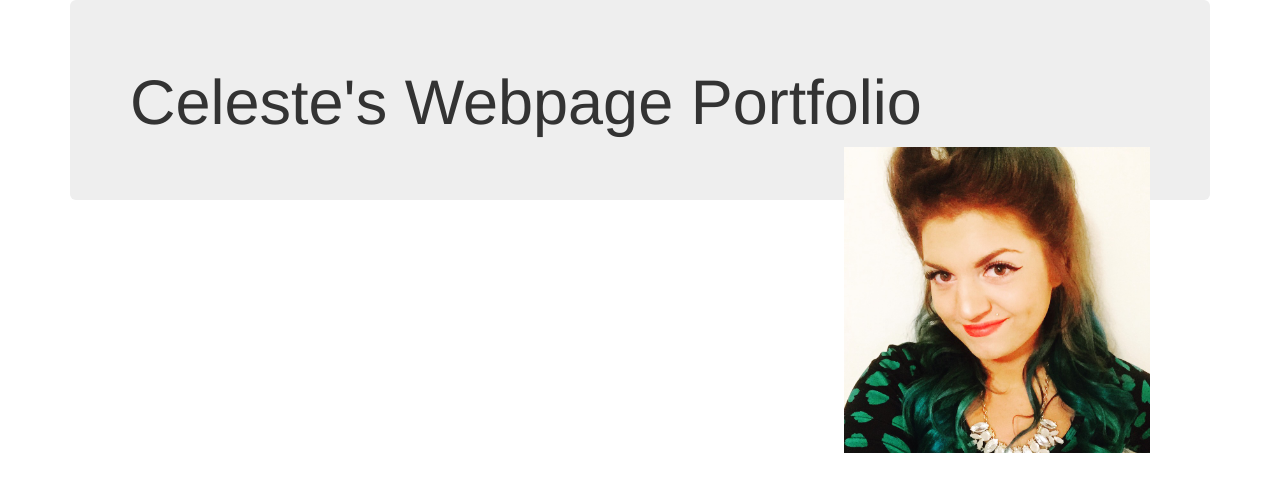
Repository: fieldceleste/portfolio-celeste
Page: portfolio-celeste.html
The author's editor kept a copy of each file at every save. The page is drawn from the files as they stood at one save, then again after the next save.
The browser window is 1280 px wide. The pictures show the whole page.

Above is the page before, as saved 2019-11-01 12:02:56.

### portfolio-celeste.html
<!DOCTYPE html>
<html>
  <head>
    <title>Celeste Field's Portfolio</title>
  <link href="css/bootstrap.css" rel="stylesheet" type="text/css">
  <link href="css/styles.css" rel="stylesheet" type="text/css">

 <body>
    <div class="container">
      <div class="jumbotron">
        <h1>Celeste's Webpage Portfolio</h1>
        <p>
          <img src="img/celeste.jpeg" class="img" alt="photo of celeste field">
        </p>

  </body>
</html>

### css/styles.css
img{
float:right;
width: 30%;
height:50%;

}

Loaded but not shown: css/bootstrap.css (library)

After the next save:
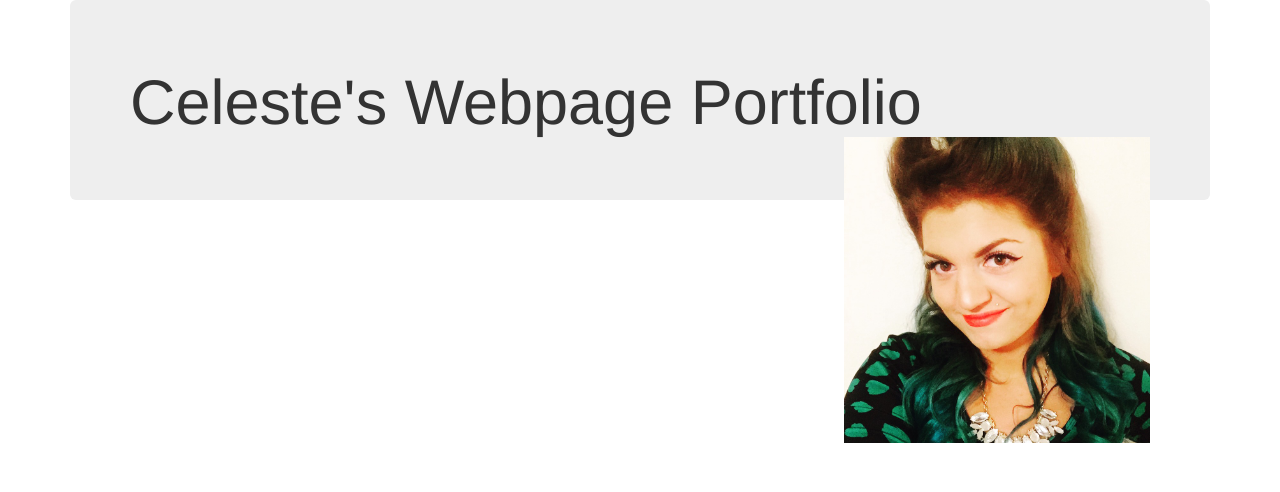
Saved 115 s later.
--- a/portfolio-celeste.html
+++ b/portfolio-celeste.html
@@ -8,9 +8,9 @@
  <body>
     <div class="container">
       <div class="jumbotron">
-        <h1>Celeste's Webpage Portfolio</h1>
+        <h1>Celeste's Webpage Portfolio <img src="img/celeste.jpeg" class="img" alt="photo of celeste field"></h1>
         <p>
-          <img src="img/celeste.jpeg" class="img" alt="photo of celeste field">
+
         </p>
 
   </body>
